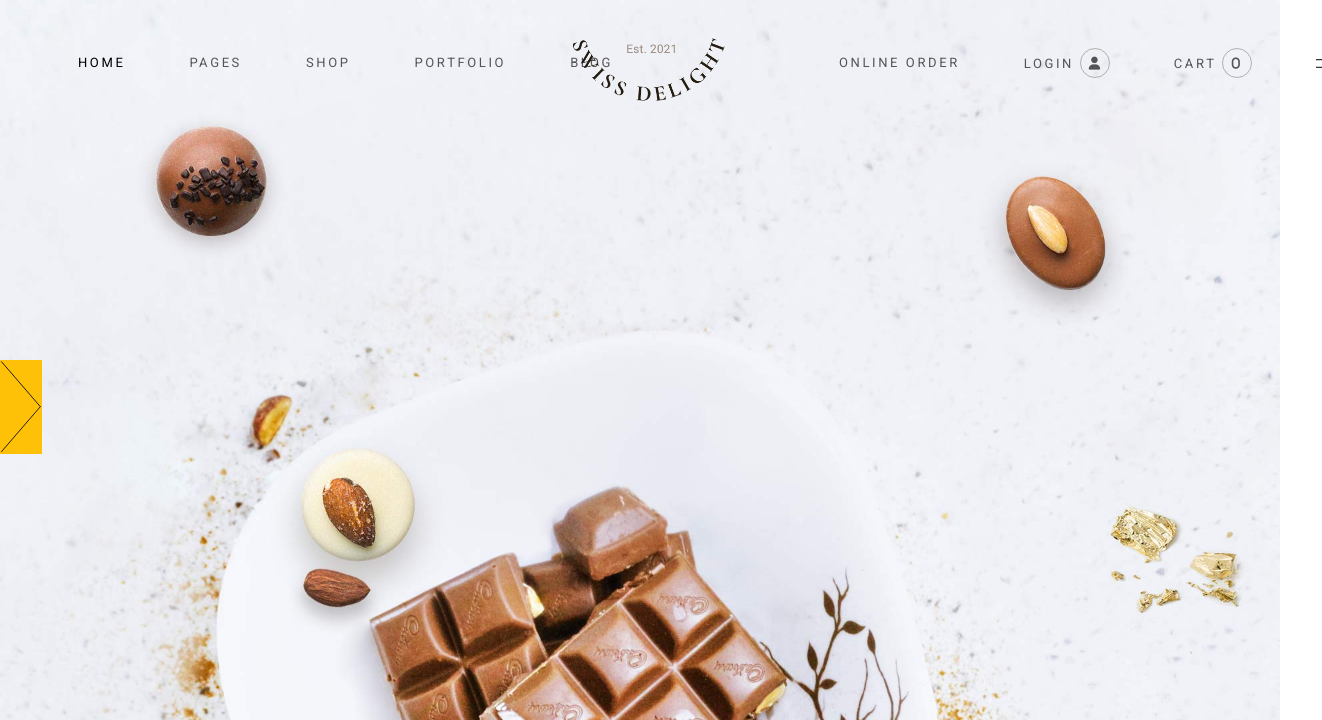
Repository: HadelAbdellatif/Project1
Page: index.html
An editor plug-in stored every save of this project. The page is shown before and after the next save, followed by the edit.
The browser window is 1280 px wide. The page is 1280 px wide, then 1322 px, then 1280 px, so the pictures cover 1322 px, including what lies to the right of the window. The pictures show the whole page.

Above is the page before, as saved 2023-10-15 23:13:02.
Console error: TypeError: Cannot read properties of null (reading 'addEventListener')

### index.html
<!doctype html>
<html lang="en">

<head>
  <meta charset="utf-8">
  <meta name="viewport" content="width=device-width, initial-scale=1">
  <title>Bootstrap demo</title>

  <!-- Bootsrap 5.3 -->
  <link href="assets/css/bootstrap.min.css" rel="stylesheet">


  <!-- fontawesome 6.4 -->
  <link href="assets/css/all.min.css" rel="stylesheet">

  <!-- Custom css -->
  <link href="assets/css/style.css" rel="stylesheet">

  <!-- Media -->
  <link href="assets/css/media.css" rel="stylesheet">


</head>

<body>

  <!-- Start Navbar -->

  <nav class="navbar navbar-expand-lg bg-transparent fixed-top">
    <div class="container pt-0 mt-0">
      <div class="collapse navbar-collapse" id="navbarSupportedContent">

        <div class="row d-flex">
          <div class="col-md-5 d-flex ps-0">
            <ul class="navbar-nav ms-auto mb-2 mb-lg-0 gap-5 pt-3 justify-content-center align-items-center me-5">
              <li class="nav-item">
                <a class="nav-link active" aria-current="page" href="#home">HOME</a>
              </li>
              <li class="nav-item">
                <a class="nav-link" href="#pages">PAGES</a>
              </li>
              <li class="nav-item">
                <a class="nav-link" href="#shop">SHOP</a>
              </li>
              <li class="nav-item">
                <a class="nav-link" href="#portfolio">PORTFOLIO</a>
              </li>
              <li class="nav-item">
                <a class="nav-link me-5" href="#blog">BLOG</a>
              </li>
            </ul>
          </div>

          <div class="col-md-2">
            <a class="nav-item">
              <img src="assets/img/logo-swiss-1.png" width="152px" height="90" class="ms-3 img-fluid" alt="Logo" />
            </a>
          </div>

          <div class="col-md-5 d-flex ps-0">
            <ul class="navbar-nav me-auto mb-2 mb-lg-0 gap-5 pt-3 justify-content-center align-items-center ms-5 ps-5 ">
              <li class="nav-item">
                <a class="nav-link text-nowrap" href="#onlineOrder">ONLINE ORDER</a>
              </li>
              <li class="nav-item">
                <a class="nav-link text-nowrap" href="#login">
                  <span>LOGIN</span>
                  <i class="fa-solid fa-user rounded-circle p-2 text-center"></i>
                </a>
              </li>
              <li class="nav-item">
                <a class="nav-link text-nowrap" href="#cart">
                  <span>CART</span>
                  <i class="fa-solid fa-0 rounded-circle p-2 text-center"></i>
                </a>
              </li>
              <li class="nav-item">
                <a class="nav-link" href="#more"><svg class="qodef-side-area--svg-open"
                    xmlns="http://www.w3.org/2000/svg" xmlns:xlink="http://www.w3.org/1999/xlink" x="0px" y="0px"
                    width="34px" height="9px" viewBox="0 0 34 9" enable-background="new 0 0 34 9" xml:space="preserve">
                    <line fill="none" stroke="#000000" stroke-miterlimit="10" x1="0" y1="8.295" x2="34" y2="8.295">
                    </line>
                    <line fill="none" stroke="#000000" stroke-miterlimit="10" x1="0" y1="0.705" x2="34" y2="0.705">
                    </line>
                  </svg></a>
              </li>
            </ul>
          </div>

        </div>

      </div>
    </div>
  </nav>

  <!-- End of Navbar -->

  <!-- Start header section -->

  <header class="vh-100 position-relative">
    <div class="arrow position-absolute top-50 start-10 bg-warning">
      <rs-arrow style="opacity: 1; transform: translate(70px, -20px); top: 75%; right: 0px;"
        class="tp-leftarrow tparrows custom_style"><span class="qodef-svg-nav"> <span class="qodef-nav-icon"> <svg
              xmlns="http://www.w3.org/2000/svg" xmlns:xlink="http://www.w3.org/1999/xlink" x="0px" y="0px"
              width="42.25px" height="93.625px" viewBox="0 0 42.25 93.625" enable-background="new 0 0 42.25 93.625"
              xml:space="preserve">
              <line fill="none" stroke="#241C10" stroke-miterlimit="10" x1="1.267" y1="1.42" x2="40.483" y2="46.83">
              </line>
              <line fill="none" stroke="#241C10" stroke-miterlimit="10" x1="1.267" y1="91.91" x2="40.483" y2="46.5">
              </line>
            </svg> </span></span></rs-arrow>
    </div>
  </header>

  <!-- End header section -->




  <!-- Bootstrap 5.3 -->
  <script src="assets/js/bootstrap.bundle.min.js"></script>

  <!-- Java Script -->
  <script src="assets/JavaScript/JavaScript.js"></script>
</body>

</html>

### assets/css/style.css
/* font-family: 'Heebo', sans-serif; */
@import url('https://fonts.googleapis.com/css2?family=Heebo&display=swap');

/* font-family: 'Cormorant', serif; */
@import url('https://fonts.googleapis.com/css2?family=Cormorant:ital,wght@0,300;1,300&family=Heebo&display=swap');

/* main color */
:root{
    --main-color: #241c10;
}

.bg-main-color{
    background-color: #988779;
}

.text-main-color{
    color: var(--main-color);
}

.border-main-color{
    border-color: var(--main-color)  !important;
}

/* Start Navbar */

.navbar{
    font-family: 'Heebo', sans-serif;
    font-weight: 400;
    font-size: 13px;
    line-height: 22px;
    color: var(--main-color);
}

.navbar .nav-link{
    letter-spacing:0.2em;
}

.navbar i{
    font-size: 13px;
    border: 1px solid rgba(36,28,16,.3);
    transition: 0.5s ease-in-out;
    width: 30px;
    height: 30px;
}

.navbar .nav-link:hover i{
    border-color: var(--main-color);
}


/* End Navbar */

/* Start header */

header{
    background-image: url('../img/h1-rev-img1-2.jpg');
    background-size: cover;
    background-repeat: no-repeat;
    background-position: center;
}

/* End header */

### assets/css/media.css
@media (max-width:991px){

    .nav-item{
        width: fit-content;
    }

}

@media (max-width:768px){

    .about .count{
        border: none !important;
    }

    .cv .download{
        text-align: center !important;
        margin-bottom: 2rem !important;
    }

    .cv .brands{
        justify-content: center !important;
    }
}


@media (max-width:568px){

    header{
        background-position-x:-235px;
    }

    .header-content{
        align-items: start !important;
    }

    h1{
        font-size: 45px;
    }

    .contact p, .contact form{
        width: 100% !important;
    }

}

### assets/JavaScript/JavaScript.js
// *************  Start Loading ************* //

const loading = document.querySelector('.loading');

window.addEventListener('load', function(){
     this.setTimeout(function(){
        loading.classList.add('opacity-0', 'invisible');
        document.body.style.overflow = 'auto';
     }, 2000)
})

// *************  End of Loading ************* //

// *************  Start scroll-to-top ************* //

const ScrollToTop = document.querySelector('.scroll-to-top');
const aboutSection = document.querySelector('.about');

ScrollToTop.addEventListener('click', function(){
    window.scroll({
        top:0,
        behavior:"smooth"
    })
})

// *************  End scroll-to-top ************* //

// *************  Start Navbar ************* //

const navbar = document.querySelector('.navbar');
const headerContenth = document.querySelector('.header-content h3');

navbar.style.transition = '0.4s background-color';

window.addEventListener('scroll', function(){
    if(window.scrollY > headerContenth.offsetTop){
         navbar.style.backgroundColor = "#fff";
    }
    else{
        navbar.style.backgroundColor = "transparent";
    }
    if(window.scrollY > aboutSection.offsetTop){
        ScrollToTop.classList.remove('opacity-0', 'invisible');
    }
    else{
        ScrollToTop.classList.add('opacity-0', 'invisible');
    }
})

// *************  End of Navbar ************* //

// *************  Start Links ************* //

const NavLinks = document.querySelectorAll('.nav-link');

for(let i=0 ; i<NavLinks.length ; i++){
    NavLinks[i].addEventListener('click', function(e){
        e.preventDefault();

        document.querySelector('.nav-link.active').classList.remove('active');

       // for(let j=0 ; j<NavLinks.length ; j++){
        //    NavLinks[j].classList.remove('active');
       // }

        NavLinks[i].classList.add('active');
        let currentID = this.getAttribute('href');
        let targerSection = document.querySelector(currentID);
        window.scroll({
            top:targerSection.offsetTop,
            behavior:"smooth"
        })
    })
}

// *************  End of Links ************* //

Loaded but not shown: assets/css/bootstrap.min.css (library); assets/css/all.min.css (library); assets/js/bootstrap.bundle.min.js (library)

After the next save:
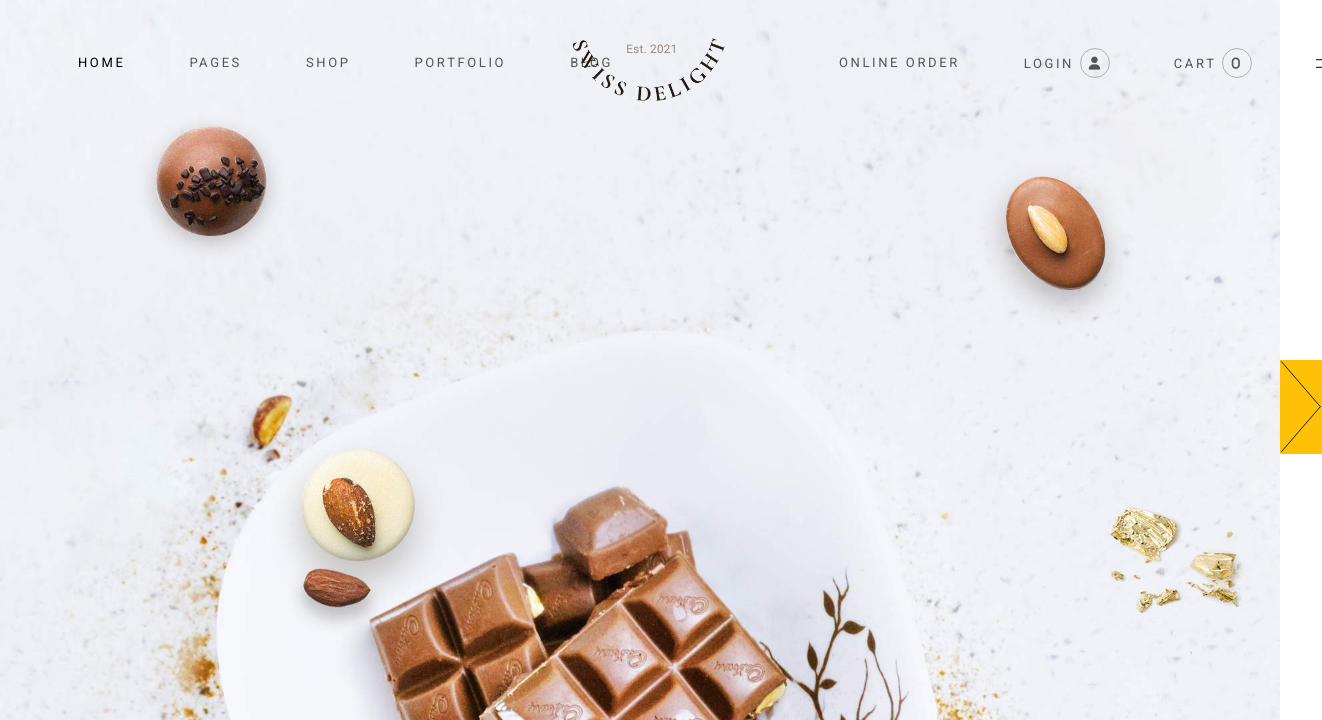
Saved 4 s later.
--- a/index.html
+++ b/index.html
@@ -98,7 +98,7 @@
   <!-- Start header section -->
 
   <header class="vh-100 position-relative">
-    <div class="arrow position-absolute top-50 start-10 bg-warning">
+    <div class="arrow position-absolute top-50 start-100 bg-warning">
       <rs-arrow style="opacity: 1; transform: translate(70px, -20px); top: 75%; right: 0px;"
         class="tp-leftarrow tparrows custom_style"><span class="qodef-svg-nav"> <span class="qodef-nav-icon"> <svg
               xmlns="http://www.w3.org/2000/svg" xmlns:xlink="http://www.w3.org/1999/xlink" x="0px" y="0px"

After the 2 saves that followed:
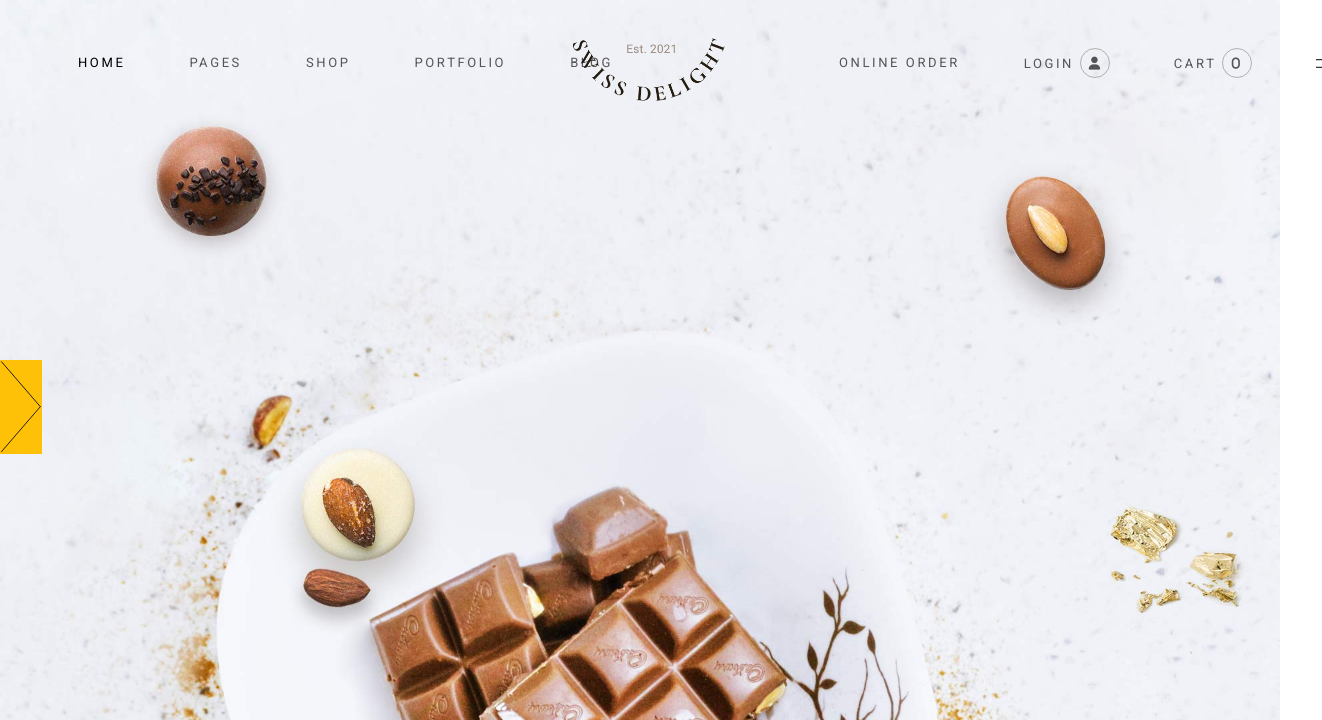
The 2 saves are shown as one change because they came seconds apart.
The last was saved 8 s later.
--- a/index.html
+++ b/index.html
@@ -98,7 +98,7 @@
   <!-- Start header section -->
 
   <header class="vh-100 position-relative">
-    <div class="arrow position-absolute top-50 start-100 bg-warning">
+    <div class="arrow position-absolute top-50 start-90 bg-warning">
       <rs-arrow style="opacity: 1; transform: translate(70px, -20px); top: 75%; right: 0px;"
         class="tp-leftarrow tparrows custom_style"><span class="qodef-svg-nav"> <span class="qodef-nav-icon"> <svg
               xmlns="http://www.w3.org/2000/svg" xmlns:xlink="http://www.w3.org/1999/xlink" x="0px" y="0px"
